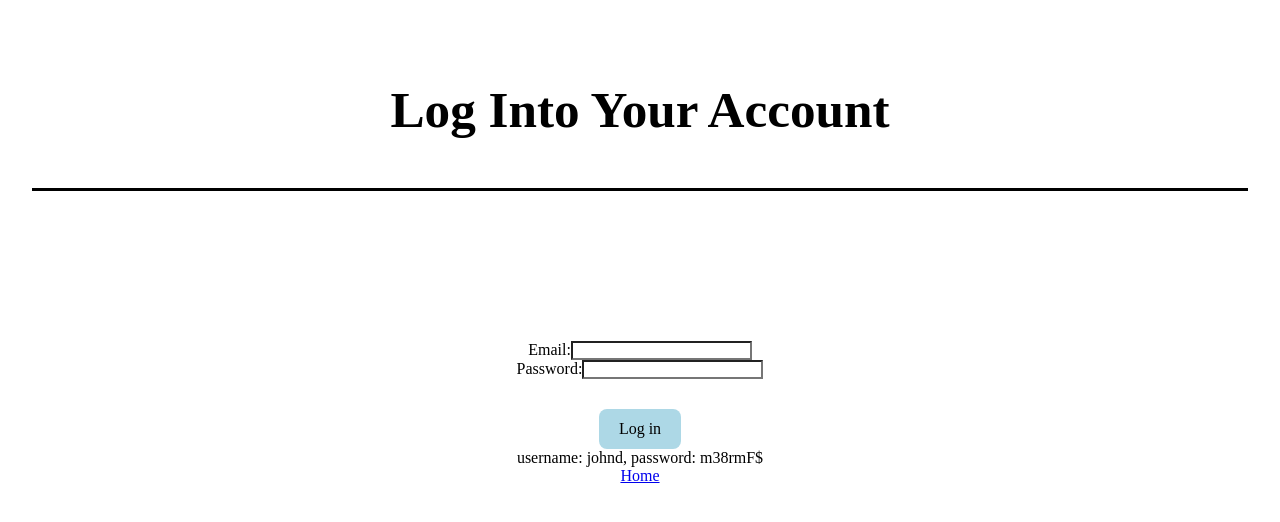
Repository: Andres513/CapStone
Page: /login
An editor plug-in stored every save of this project. The page is shown before and after the next save, followed by the edit.
The browser window is 1280 px wide. The pictures show the whole page.
The project was rebuilt for these pictures with package versions that can differ from the ones it lists, and the page was loaded fresh each time. Also part of the build but not shown: vite.config.js, src/components/Categories.jsx, src/components/Cart.jsx, src/components/FetchProducts.jsx, src/components/SingleProduct.jsx, src/components/ProductsByCategory.jsx, src/components/LoggedOut.jsx, src/components/Checkout.jsx.

Above is the page before, as saved 2024-04-11 12:45:53.

### index.html
<!doctype html>
<html lang="en">
  <head>
    <meta charset="UTF-8" />
    <link rel="icon" type="image/svg+xml" href="/vite.svg" />
    <meta name="viewport" content="width=device-width, initial-scale=1.0" />
    <title>Fake Store!</title>
  </head>
  <body>
    <div id="root"></div>
    <script type="module" src="/src/main.jsx"></script>
  </body>
</html>

### src/App.jsx
import { useState } from 'react'
import FetchProducts from './components/FetchProducts'
import './App.css'
import { Routes, Route } from 'react-router-dom'
import Login from './components/Login'
import SingleProduct from './components/SingleProduct'
import ProductsByCategories from './components/ProductsByCategory'
import Cart from './components/Cart'
import { CartProvider } from './components/CartContext'
import LogOut from './components/LoggedOut'
import Checkout from './components/Checkout'

function App() {
  const [token, setToken] = useState(null)
  const [products, setProducts] = useState([])
  const [price, setPrice] = useState('')
  const [email, setEmail] = useState('')
  const [password, setPassword] = useState('')
  const [isLoggedIn, setIsLoggedIn] = useState(false)
  const [loggedOut, setLoggedOut] = useState(false)

  const handleSetToken = (newToken) => {
    setToken(newToken)
    setIsLoggedIn(true)
  }
  const handleSetProducts = (newProducts) => {
    setProducts(newProducts)
  }
  const handleSetPrice = (newPrice) => {
    setPrice(newPrice)
  }
  const handleLogout = () => {
    setToken(null)
    setIsLoggedIn(false)
    setLoggedOut(true)
  }
  return (

    <CartProvider isLoggedIn={isLoggedIn}>
      <>
        <Routes>
          <Route path="/login" element={<Login token={token} setToken={handleSetToken} email={email} setEmail={setEmail} password={password} setPassword={setPassword} isLoggedIn={isLoggedIn} setIsLoggedIn={setIsLoggedIn} handleLogout={handleLogout} />} />
          <Route path="/" element={<FetchProducts token={token} setToken={handleSetToken} products={products} setProducts={handleSetProducts} price={price} setPrice={handleSetPrice} isLoggedIn={isLoggedIn} handleLogout={handleLogout} loggedOut={loggedOut} setLoggedOut={setLoggedOut} />} />
          <Route path="/products/:id" element={<SingleProduct token={token} isLoggedIn={isLoggedIn} />} />
          <Route path="/category/:category" element={<ProductsByCategories products={products} setProduct={handleSetProducts} />} />
          <Route path="/cart" element={<Cart isLoggedIn={isLoggedIn} />} />
          <Route path="/logout" element={<LogOut />} />
          <Route path="/checkout" element={<Checkout/>}/>
        </Routes>
      </>
    </CartProvider>
  )
}

export default App

### src/index.css

* {
  margin: 0;
  padding: 0;
  box-sizing: border-box;
}
h1 {
  font-size: 3.2em;
  line-height: 1.1;
  padding-top: 50px;
  padding-bottom: 50px;
  border-bottom: 3px solid black;
}
input {
  background-color: white;
  text-align: left
}
img {
  width: 70%;
  height: 70%;
}
.single-product > img {
  height: 60%;
  width: 60%;
  padding-top: 50px;
  padding-bottom: 50px;
}
.items-container {
  display: grid;
  grid-template-columns: repeat(auto-fill, minmax(330px, 1fr));
  grid-gap: 75px;
  padding-top: 50px;
}
.item {
  background-color: aliceblue;
  box-shadow: 5px 5px lightblue;
  transition: all .2s ease-in-out;
}
.item:hover {
  transform: scale(1.1);
}
.category-buttons {
  padding-bottom: 50px;
}
.category-container {
  display: grid;
  grid-template-columns: repeat(auto-fill, minmax(330px, 1fr));
  grid-gap: 100px;
  padding-top: 50px;

}
.category-item {
  transition: all .2s ease-in-out;
  background-color: aliceblue;
  box-shadow: 5px 5px lightblue;
}
.category-item:hover {
  transform: scale(1.1);
}
button {
  border-radius: 8px;
  border: 1px solid transparent;
  padding: 0.6em 1.2em;
  margin-top: 0px;
  font-size: 1em;
  font-weight: 500;
  font-family: inherit;
  background-color: lightblue;
  cursor: pointer;
  transition: border-color 0.25s;
  transition: all .2s ease-in-out;
}
button:hover {
  transform: scale(1.1);
}
.navbar {
  float: right
}
.login-entry{
  margin-top: 150px;
  margin-bottom: 30px;
}

### src/components/Login.jsx
import { useState, useEffect, useRef } from "react"
import { Link } from "react-router-dom"

export default function Login({ token, setToken, setIsLoggedIn, isLoggedIn }) {


    const [username, setUsername] = useState('')
    const [password, setPassword] = useState('')
    const [error, setError] = useState(null)
    const [successMessage, setSuccessMessage] = useState('')
    const usernameInputRef = useRef(null);
    const passwordInputRef = useRef(null);

    async function loginUser(event) {
        event.preventDefault()
        try {
            const response = await fetch('https://fakestoreapi.com/auth/login', {
                method: 'POST',
                headers: {
                    'Content-Type': 'application/json',
                },
                body: JSON.stringify({
                    username: username,
                    password: password
                })
            })
            const result = await response.json()

            console.log(result)
            setToken(result.token)
            setSuccessMessage('You are now logged in!')
            setUsername("");
            setPassword("");
            usernameInputRef.current.value = "";
            passwordInputRef.current.value = "";

        } catch (error) {
            setError("Must log in with valid username and password!")
        }
    }
    const handleLogout = () => {
        setToken(null)
        setIsLoggedIn(false)
    }

    console.log(isLoggedIn)
    return (
        <>
            {isLoggedIn ? (
                <>
                    <h1>{successMessage}</h1>
                    <button onClick={() => handleLogout()}>Log Out</button><br />
                </>
            ) : (
                <form className="login" onSubmit={loginUser}>
                    <h1>Log Into Your Account</h1>
                    <div className="login-entry">
                    <label>Email:
                        <input type="username" value={username} onChange={(e) => setUsername(e.target.value)} required ref={usernameInputRef} />
                    </label><br />
                    <label>Password:
                        <input type="password" value={password} onChange={(e) => setPassword(e.target.value)} required ref={passwordInputRef} />
                    </label><br />
                    </div>
                    <button>Log in</button><br />
                    <p>username: johnd, password: m38rmF$</p>
                    {error && <h2>{error}</h2>}
                </form>
            )}
            <Link to="/" token={token}>Home</Link>
        </>
    )
}

### src/components/CartContext.jsx


import { createContext, useContext, useState, useEffect } from "react";

const CartContext = createContext()

export const useCart = () => useContext(CartContext)

export const CartProvider = ({ children }) => {
    const [cart, setCart] = useState(() => {
        const storedCart = localStorage.getItem('cart');
        return storedCart ? JSON.parse(storedCart) : [];
    });

    useEffect(() => {
        localStorage.setItem('cart', JSON.stringify(cart));
    }, [cart]);

    return (
        <CartContext.Provider value={{ cart, setCart }}>
            {children}
        </CartContext.Provider>
    )
}

Loaded but not shown: src/main.jsx (common file); src/App.css (common file)

After the next save:
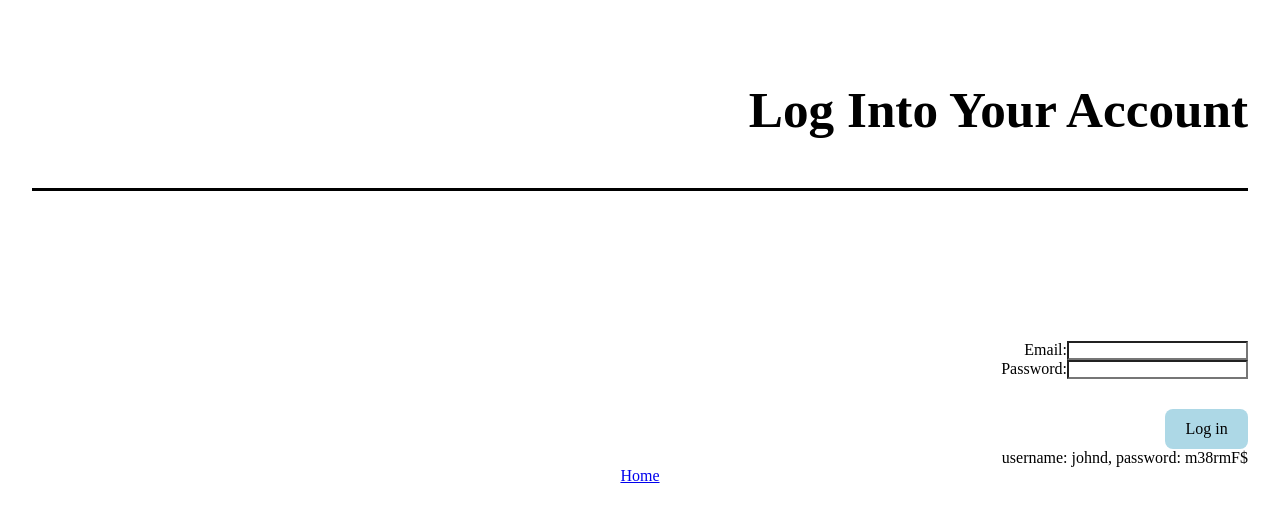
Saved 34 s later.
--- a/src/index.css
+++ b/src/index.css
@@ -80,3 +80,6 @@ button:hover {
   margin-top: 150px;
   margin-bottom: 30px;
 }
+.login {
+  text-align: right;
+}

After the save that followed:
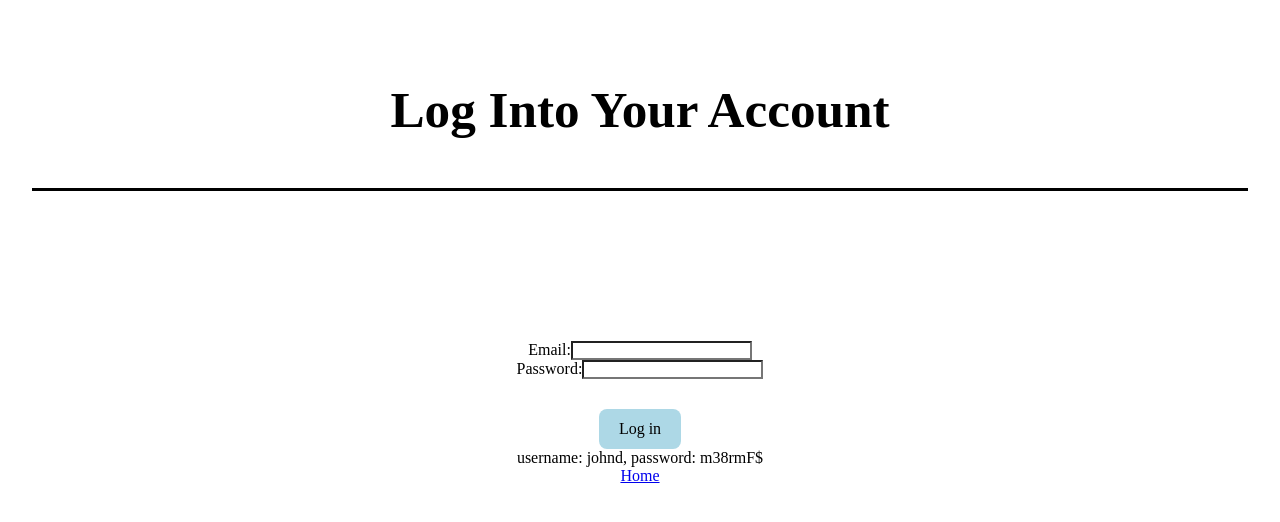
Saved 17 s later.
--- a/src/index.css
+++ b/src/index.css
@@ -80,6 +80,3 @@ button:hover {
   margin-top: 150px;
   margin-bottom: 30px;
 }
-.login {
-  text-align: right;
-}
